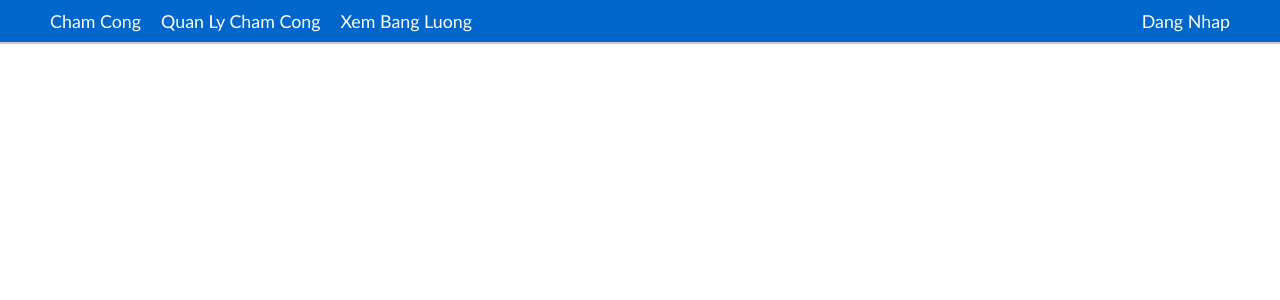
Repository: LDDUNG2003/a
Page: payroll.html
The author's editor kept a copy of each file at every save. The page is drawn from the files as they stood at one save, then again after the next save.
The browser window is 1280 px wide. The pictures show the whole page.

Above is the page before, as saved 2023-10-15 12:03:15.

### payroll.html
<!DOCTYPE html>
<html lang="en">

<head>
    <meta charset="UTF-8">
    <meta name="viewport" content="width=device-width, initial-scale=1.0">
    <title>Document</title>
    <link rel="stylesheet" href="./controlView/css/base.css">

</head>

<body>
    <div class="main">
        <header class="app__header">
            <nav class="navBar">
                <ul class="navBar-list">
                    <li class="navBar--items"><a href="./index.html" class="navbar--link">Cham cong</a></li>
                    <li class="navBar--items"><a href="" class="navbar--link">Quan ly cham cong</a></li>
                    <li class="navBar--items">
                        <a href="" class="navbar--link">Xem bang luong</a></li>
                </ul>
                <ul class="navBar-list navBar-list--login">
                    <!-- login  -->
                    <li class="navBar--items">
                        <a href="./login.html" class="navbar--link">dang nhap</a></li>
                    <!-- admin menu -->
                    <!-- <li class="navBar--items">
                    admin
                    <ul class="account-list">
                        <li class="account--item"><a href="" class="navbar--link">admin</a></li>
                        <li class="account--item"><a href="" class="navbar--link">quan li nhan su</a></li>
                        <li class="account--item"><a href="" class="navbar--link">dang xuat</a></li>
                    </ul>
                </li> -->
                    <!-- personnel menu -->
                    <!-- <li class="navBar--items">
                    account name
                    <ul class="account-list">
                        <li class="account--item"><a href="" class="navbar--link">cai dat tai khoan</a></li>
                        <li class="account--item"><a href="" class="navbar--link">dang ki ca lam</a></li>
                        <li class="account--item"><a href="" class="navbar--link">dang xuat</a></li>
                    </ul>
                </li> -->
                </ul>
            </nav>
        </header>
        <div class="app__content">
            <div class="content-information">
                <div class="infomation--contain"></div>
                <div class="infomation--contain"></div>
            </div>
        </div>
    </div>
</body>

</html>

### controlView/css/base.css
:root {
    --primary-color: #0066cc;
    --text-color: #040404;
}

* {
    padding: 0px;
    margin: 0px;
    font-family: 'Trebuchet MS', 'Lucida Sans Unicode', 'Lucida Grande', 'Lucida Sans', Arial, sans-serif;
}

html,
body {
    font-size: 0.62rem;
}

.main {}

.app__header {
    color: #fff;
    width: 100%;
    border-bottom: solid 2px #ccc;
    background-color: var(--primary-color);
}

.navBar {
    width: 100%;
    max-width: 1200px;
    margin: auto;
    display: flex;
    justify-content: space-between;
}

.navBar-list {
    display: flex;
    list-style: none;
    color: #fff;
}

.navBar--items {
    padding: 10px 10px;
    font-size: 1.8rem;
    position: relative;
    cursor: pointer;
    text-transform: capitalize;
}

.navBar--items::after {
    content: '';
    padding-top: 5px;
    top: 80%;
    left: 10px;
    display: none;
    /* width: 0px; */
    background-color: var(--primary-color);
    position: absolute;
    width: 70px;
}

.navBar--items:hover .navBar--items::after {
    display: block;
}

.navbar--link {
    text-decoration: none;
    color: inherit;
}

.account-list {
    position: absolute;
    width: 150px;
    display: none;
    list-style: none;
    padding: 4px;
    color: var(--text-color);
    top: 100%;
    left: 0px;
    box-shadow: #414141;
    background-color: white;
}

.navBar--items:hover .account-list {
    display: block;
}

.account--item {
    padding: 5px 0px;
    border-bottom: solid 1px #ccc;
}

After the next save:
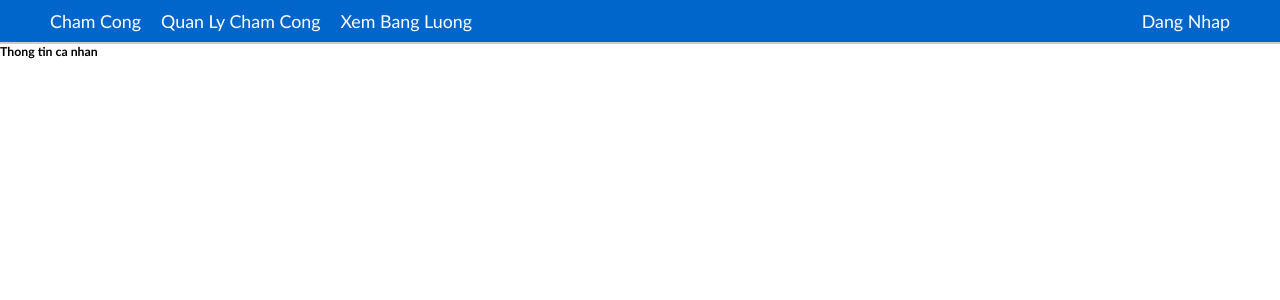
Saved 58 s later.
--- a/payroll.html
+++ b/payroll.html
@@ -46,7 +46,12 @@
         </header>
         <div class="app__content">
             <div class="content-information">
-                <div class="infomation--contain"></div>
+                <div class="infomation--contain">
+                    <h1>Thong tin ca nhan</h1>
+                    <form action="" method="post">
+
+                    </form>
+                </div>
                 <div class="infomation--contain"></div>
             </div>
         </div>
